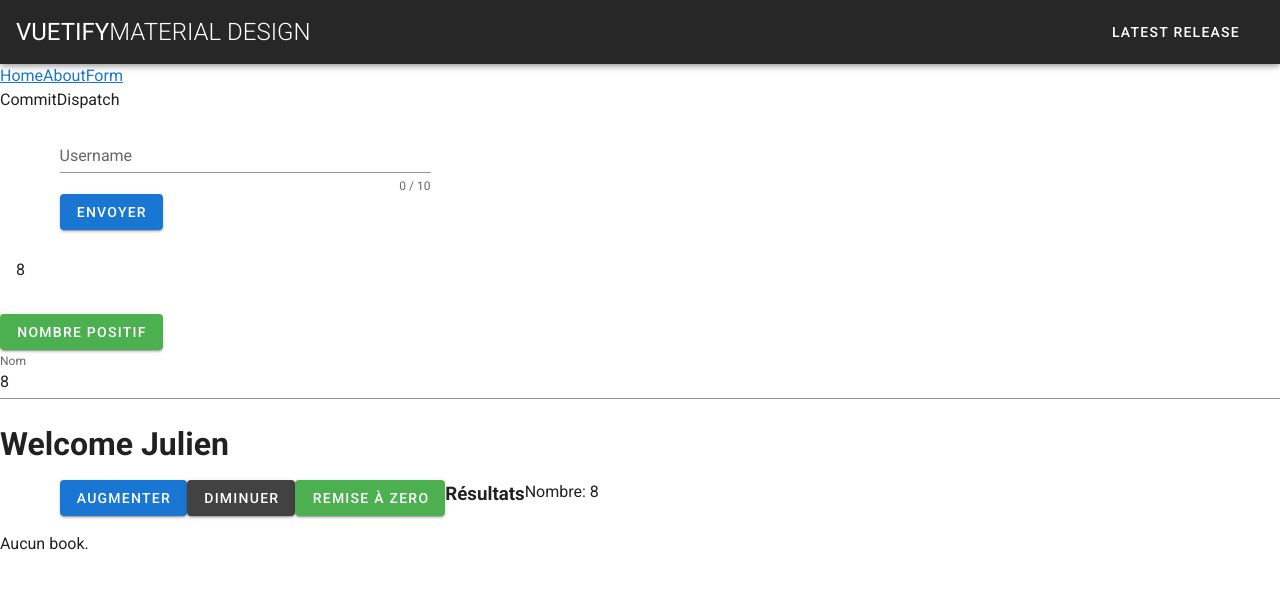
Repository: Symfomany/vuex-testing
Page: /
The author's editor kept a copy of each file at every save. The page is drawn from the files as they stood at one save, then again after the next save.
The browser window is 1280 px wide. The pictures show the whole page.
The page's requests for data from a server got no answer. The project was rebuilt for these pictures with package versions that can differ from the ones it lists, and the page was loaded fresh each time. No one was signed in, and anything a server would have sent is missing.

Above is the page before, as saved 2019-07-29 07:52:08.

### public/index.html
<!DOCTYPE html>
<html lang="en">
  <head>
    <meta charset="utf-8">
    <meta http-equiv="X-UA-Compatible" content="IE=edge">
    <meta name="viewport" content="width=device-width,initial-scale=1.0">
    <link rel="icon" href="<%= BASE_URL %>favicon.ico">
    <title>pok</title>
    <link rel="stylesheet" href="https://fonts.googleapis.com/css?family=Roboto:100,300,400,500,700,900">
    <link rel="stylesheet" href="https://cdn.jsdelivr.net/npm/@mdi/font@latest/css/materialdesignicons.min.css">
  </head>
  <body>
    <noscript>
      <strong>We're sorry but pok doesn't work properly without JavaScript enabled. Please enable it to continue.</strong>
    </noscript>
    <div id="app"></div>
    <!-- built files will be auto injected -->
  </body>
</html>

### src/main.js
import Vue from "vue";
import App from "./App.vue";
import router from "./router";
import store from "./store";
import vuetify from "./plugins/vuetify";
import "vuetify/dist/vuetify.min.css"; // Ensure you are using css-loader

Vue.config.productionTip = false;

const app = new Vue({
  router,
  store,
  vuetify,
  render: h => h(App)
}).$mount("#app");

if (window.Cypress) {
  window.app = app;
}

### src/App.vue
<template>
  <v-app>
    <v-app-bar dark app>
      <v-toolbar-title class="headline text-uppercase">
        <span>Vuetify</span>
        <span class="font-weight-light">MATERIAL DESIGN</span>
      </v-toolbar-title>
      <v-spacer></v-spacer>
      <v-btn text href="https://github.com/vuetifyjs/vuetify/releases/latest" target="_blank">
        <span class="mr-2">Latest Release</span>
      </v-btn>
    </v-app-bar>

    <v-content>
      <router-link to="/">Home</router-link>
      <router-link to="/about">About</router-link>
      <router-link to="/form">Form</router-link>

      <router-view></router-view>
    </v-content>
  </v-app>
</template>

<script>
export default {
  name: "App",
  components: {},
  data: () => ({
    //
  })
};
</script>

### src/store.js
import Vue from "vue";
import Vuex from "vuex";

Vue.use(Vuex);

export default new Vuex.Store({
  state: {
    nb: 8,
    books: [],
    message: ""
  },
  getters: {
    getPos(state){
      return state.nb >= 0
    },
    getNb(state) {
      return state.nb;
    },
    getBooks(state) {
      return state.books;
    }
  },
  mutations: {
    testMutation(state,message) {
      state.message = message
    },
    increase(state) {
      state.nb++;
    },
    decrease(state) {
      state.nb--;
    },
    reset(state, nb) {
      state.nb = nb;
    },
    modifyBooks(state, books = []) {
      state.books = books;
    },
    randomBooks(state) {
      state.books.sort(() => 0.5 - Math.random());
    },
    storeUser(state, user) {
      state.user = user;
    }
  },
  actions: {
    testAction(context, msg) {
      context.commit("testMutation", msg);
    },
    storeUser(context, user) {
      context.commit("storeUser", user);
    },
    randomListe(context) {
      context.commit("randomBooks");
    },
    resetListe(context) {
      context.commit("modifyBooks");
    },
    loadBooks(context) {
      fetch("https://jsonplaceholder.typicode.com/todos")
        .then(response => response.json())
        .then(json => context.commit("modifyBooks", json));
    },
    increase(context) {
      context.commit("increase");
    },
    decrease(context) {
      context.commit("decrease");
    },
    reset(context) {
      const nb = Math.floor(Math.random() * 9 + 1);
      context.commit("reset", nb);
    }
  }
});

### src/containers/Home.vue
<template>
  <div class="home">
    <ComponentWithButtons />
    <Send />
    <Nb />

    <h1>Welcome Julien</h1>
    <HelloWorld
      @decrease="decrease"
      @increase="increase"
      @reset="reset"
      :nb="getNb"
      msg="Welcome to Your Vue.js App"
    />
    <Liste
      @randomListe="randomListe"
      @reloadListe="loadBooks"
      @resetListe="resetListe"
      :books="getBooks"
    ></Liste>
  </div>
</template>

<script>
// @ is an alias to /src
import HelloWorld from "@/components/HelloWorld.vue";
import Nb from "@/components/Nb.vue";
import ComponentWithButtons from "@/components/ComponentWithButtons.vue";
import Send from "@/components/Send.vue";


import Liste from "@/components/Liste.vue";

import { mapGetters } from "vuex";
import { mapActions } from "vuex";

export default {
  name: "home",
  components: {
    HelloWorld,
    Send,
    Liste,
    ComponentWithButtons,
    Nb
  },
  methods: {
    ...mapActions([
      "increase",
      "decrease",
      "reset",
      "loadBooks",
      "resetListe",
      "randomListe"
    ])
  },
  created() {
    this.loadBooks();
  },
  computed: {
    // rajouter les accesseurs dans `computed` avec l'opérateur de décomposition
    ...mapGetters(["getNb", "getBooks"])
  }
};
</script>

### src/components/HelloWorld.vue
<template>
  <v-container>
    <v-layout wrap>
      <v-btn @click="$emit('increase')" color="primary">Augmenter</v-btn>
      <v-btn @click="$emit('decrease')" color="secondary">Diminuer</v-btn>
      <v-btn @click="$emit('reset')" color="success">Remise à zero</v-btn>
      <h3>Résultats</h3>
      <p id="resultat">
        Nombre:
        <span id="nb">{{ nb }}</span>
      </p>
    </v-layout>
  </v-container>
</template>

<script>
export default {
  data: () => ({}),
  props: {
    nb: Number,
    increase: Function,
    decrease: Function,
    reset: Function
  }
};
</script>

### src/components/Nb.vue
<template>
  <div>
    <v-alert class="nb">
      {{ nb }}
    </v-alert>
    <v-btn ref="btn" id="btn" :disabled="!positif" color="success">Nombre positif</v-btn>
    <v-text-field v-model="nb" id="inputNb" required label="Nom"></v-text-field>
  </div>
</template>

<script>
export default {
  name: "Nb",
  created(){
      console.log(this.$store.state.nb);
  },
  data() {
    return {
      nb: this.$store.state.nb
    }
  },
  computed: {
    positif() {
      return this.$store.getters.getPos
    }
  }
}
</script>

### src/components/ComponentWithButtons.vue
<template>
  <div>
    <button
      class="commit"
      @click="handleCommit">
      Commit
    </button>

    <button
      class="dispatch"
      @click="handleDispatch">
      Dispatch
    </button>


  </div>
</template>

<script>
export default {
  name: "ComponentWithButtons",

  methods: {
    handleCommit() {
      this.$store.commit("testMutation", { msg: "Test Commit" })
    },

    handleDispatch() {
      this.$store.dispatch("testAction", { msg: "Test Dispatch" })
    },

  }
}
</script>

### src/components/Send.vue
<template>
  <div>
    <v-form v-model="valid" @submit="handleSubmit">
        <v-container grid-list-xl>
            <v-layout wrap>
                <v-flex xs12 md4>
                    <v-text-field
                        v-model="username"
                        data-username
                        :rules="nameRules"
                        :counter="10"
                        label="Username"
                        required
                    ></v-text-field>
                    <v-btn color="primary" type="submit" >Envoyer</v-btn>
                </v-flex>
            </v-layout>
        </v-container>
    </v-form>

    <div
    id="mess"
      class="message"
      v-if="submitted"
    >
      Thank you for your submission, {{ username }}.
    </div>
  </div>
</template>
<script>
  export default {
    name: "Send",

    data() {
      return {
        valid: false,
        username: '',
        submitted: false
      }
    },

    methods: {
      handleSubmit() {
        console.log("submited ! ");
        this.submitted = true
      }
    }
  }
</script>

### src/components/Liste.vue
<template>
  <div class="hello">
    <template v-if="books.length > 0">
      <h3>Les bouquins</h3>
      <v-layout row>
        <v-flex xs12 sm6 offset-sm3>
          <v-card class="mx-auto" max-width="400">
            <v-list id="books" :flat="false" :dense="false">
              <v-list-item :key="book.id" v-for="book in books">
                <v-list-item-content>
                  <v-list-item-title v-text="book.title"></v-list-item-title>
                </v-list-item-content>
              </v-list-item>
            </v-list>
          </v-card>
        </v-flex>
      </v-layout>
      <v-btn @click="$emit('reloadListe')">Reload The liste</v-btn>
      <v-btn @click="$emit('resetListe')">Reset The liste</v-btn>
      <v-btn @click="$emit('randomListe')">Random The liste</v-btn>
    </template>
    <template v-else>
      <p>Aucun book.</p>
    </template>
  </div>
</template>

<script>
export default {
  name: "Liste",
  props: {
    books: {
      type: Array,
      default: function() {
        return [];
      }
    }
  },
  methods: {}
};
</script>

<!-- Add "scoped" attribute to limit CSS to this component only -->
<style scoped lang="scss">
</style>

Loaded but not shown: src/router.js (common file); src/plugins/vuetify.js (common file)

After the next save:
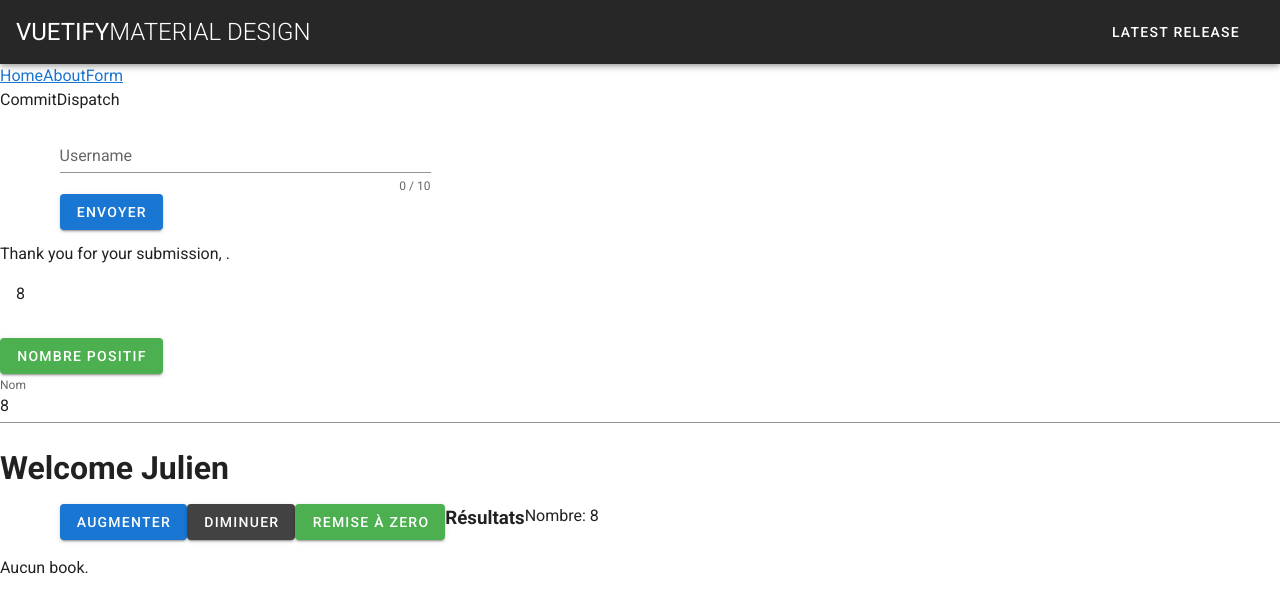
Saved 106 s later.
--- a/src/components/Send.vue
+++ b/src/components/Send.vue
@@ -21,7 +21,6 @@
     <div
     id="mess"
       class="message"
-      v-if="submitted"
     >
       Thank you for your submission, {{ username }}.
     </div>

After the save that followed:
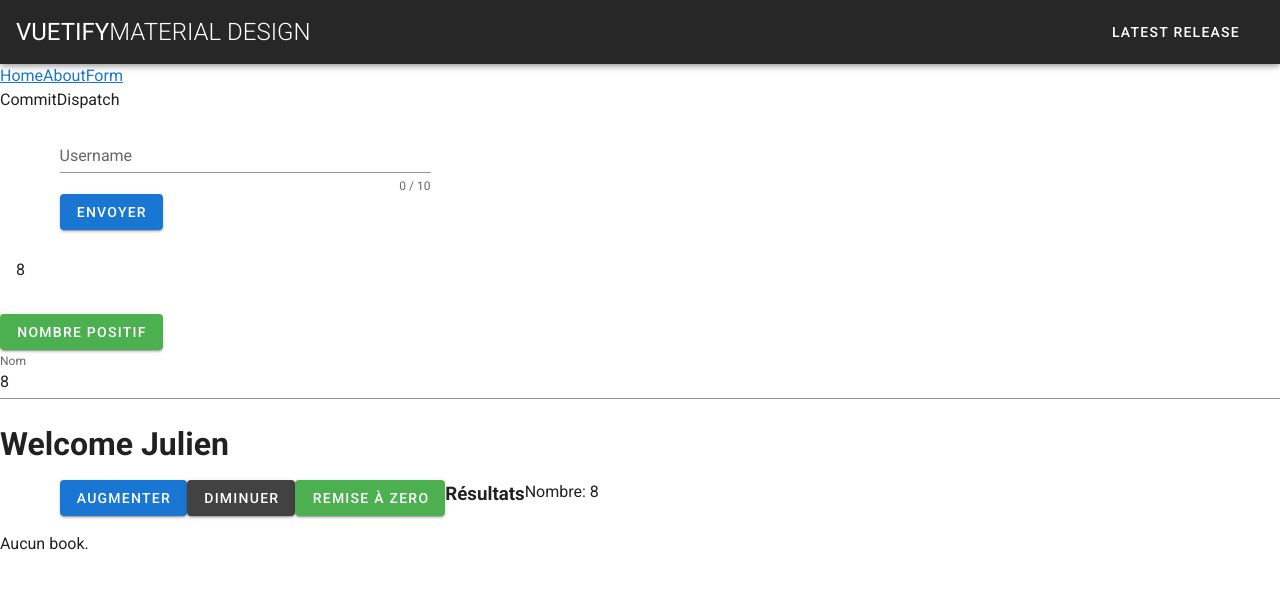
Saved 26 s later.
--- a/src/components/Send.vue
+++ b/src/components/Send.vue
@@ -21,6 +21,7 @@
     <div
     id="mess"
       class="message"
+      v-if="submitted"
     >
       Thank you for your submission, {{ username }}.
     </div>
